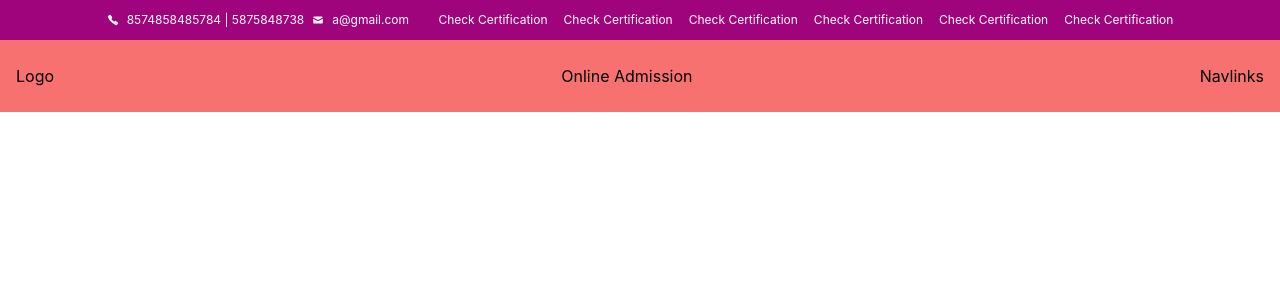
Repository: Sushant203/react-training-
Page: /
These files come from the project's save history. The page is drawn as it stood at one moment and after the next save; the edit follows.
The browser window is 1280 px wide. The pictures show the whole page.
The project was rebuilt for these pictures with package versions that can differ from the ones it lists, and the page was loaded fresh each time. Also part of the build but not shown: src/App.css, src/components/LowerNav.jsx, src/components/UpperNav.jsx.

Above is the page before, as saved 2022-12-19 09:41:17.

### src/App.js

import './App.css';
import LowerNav from './components/LowerNav';
import UpperNav from './components/UpperNav';
import Layout from './Hoc/Layout/Layout'

function App() {
  return (
    <div>
     <Layout />
    </div>
  );
}

export default App;

### src/Hoc/Layout/Layout.jsx
import React from "react";
import Toolbar from "../../components/Naviagtion/Toolbar/index";

function Layout() {
  return (
    <div>
      {/* toolbar */}
      <Toolbar />
    </div>
  );
}

export default Layout;

### src/components/Naviagtion/Toolbar/index.jsx
import React from "react";
import Header from "./header";
import Secondary from "./Secondary";

function Index() {
  return (
    <div className="h-10 bg-mainColor w-screen">
      <Header />
      <Secondary />
    </div>
  );
}

export default Index;

### src/components/Naviagtion/Toolbar/header.jsx
import React from "react";
import { IoCallSharp } from "react-icons/io5";
import { HiMail } from "react-icons/hi";
function Header() {
  const NavLinks = [
    { title: "check certificate" },
    { title: "check certificate" },
    { title: "check certificate" },
    { title: "check certificate" },
    { title: "check certificate" },
    { title: "check certificate" },
  ];
  return (
    <div className="py-3  w-10/12 mx-auto flex items-center justify-between text-xs">
      {/* number and email */}
      <div className="flex gap-2  text-white">
        <div className="flex gap-2  items-center">
          <IoCallSharp />
          8574858485784 | 5875848738
        </div>
        <div className=" flex gap-2 items-center">
          <HiMail />
          a@gmail.com
        </div>
      </div>
      {/* navigation links */}
      <div className="text-white flex gap-4 text-xs ">
        {NavLinks.map((val, i) => {
          return (
            <div key={i} className="capitalize ">
              check certification
            </div>
          );
        })}
      </div>
    </div>
  );
}

export default Header;

### src/components/Naviagtion/Toolbar/Secondary.jsx
import React from "react";

function Secondary() {
  return (
    <div className="flex justify-between px-4 w-full py-6 bg-red-400">
      <div>Logo</div>
      <div>Online Admission</div>
      <div>Navlinks</div>
    </div>
  );
}

export default Secondary;

### tailwind.config.js
/** @type {import('tailwindcss').Config} */
module.exports = {
  content: [
    "./src/**/*.{js,jsx,ts,tsx}",
  ],
  theme: {
    extend: {
      colors:{
        mainColor:'#A0047D'
      }
    },
  },
  plugins: [],
}

Loaded but not shown: public/index.html (common file); src/index.js (common file); src/index.css (common file); src/reportWebVitals.js (common file)

After the next save:
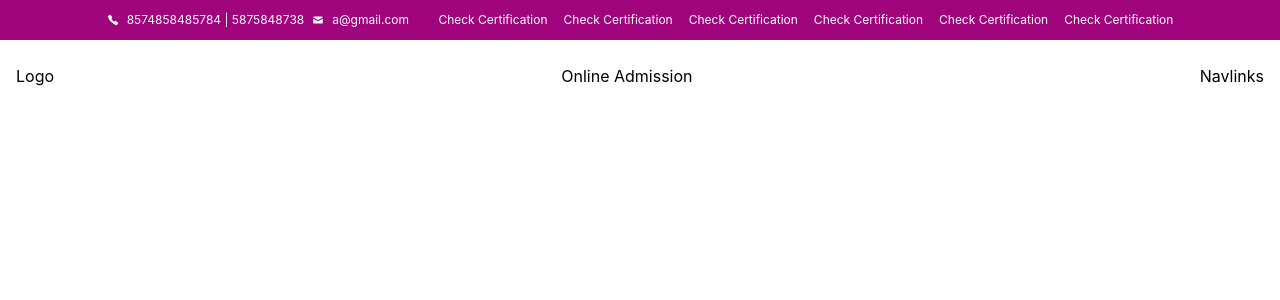
Saved 15 s later.
--- a/src/components/Naviagtion/Toolbar/Secondary.jsx
+++ b/src/components/Naviagtion/Toolbar/Secondary.jsx
@@ -2,7 +2,7 @@ import React from "react";
 
 function Secondary() {
   return (
-    <div className="flex justify-between px-4 w-full py-6 bg-red-400">
+    <div className="flex justify-between px-4 w-full py-6 bg-white">
       <div>Logo</div>
       <div>Online Admission</div>
       <div>Navlinks</div>
